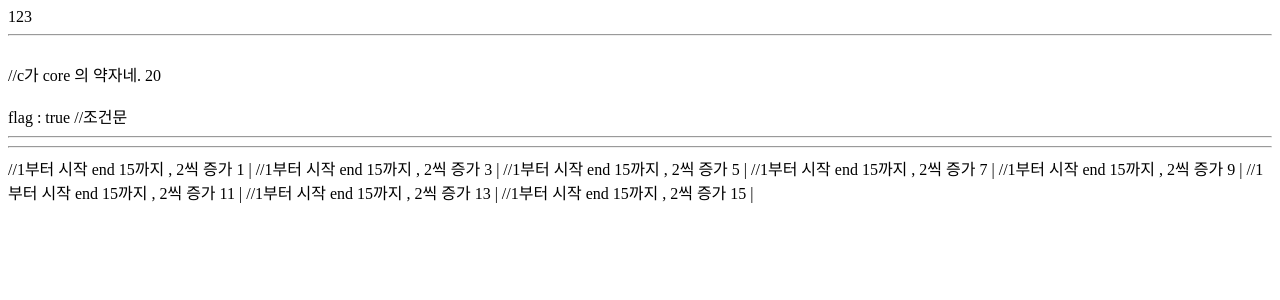
Repository: GotChun/DH_JSP
Page: http://localhost/01_JSP/C08/02JSTL/01.jsp
The author's editor kept a copy of each file at every save. The page is drawn from the files as they stood at one save, then again after the next save.
The browser window is 1280 px wide. The pictures show the whole page.
The page is served by Tomcat 9.

Above is the page before, as saved 2024-10-24 01:20:31.

After the next save:
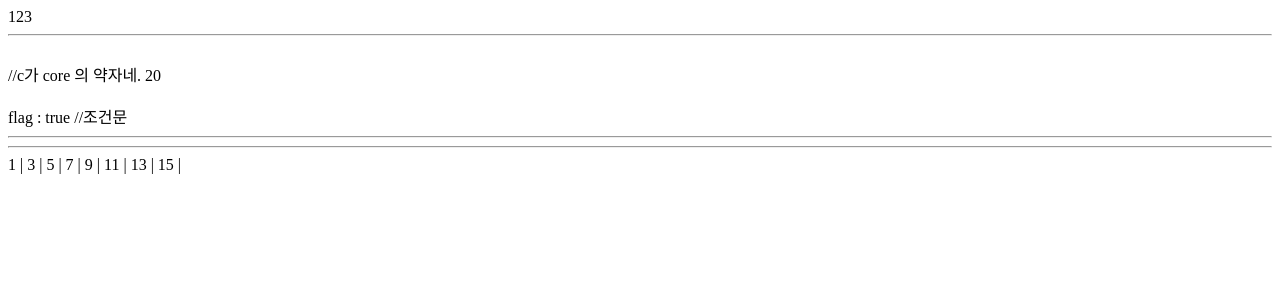
Saved 13 s later.
--- a/01_JSP/src/main/webapp/C08/02JSTL/01.jsp
+++ b/01_JSP/src/main/webapp/C08/02JSTL/01.jsp
@@ -52,7 +52,7 @@
 	<hr>
 	<!-- foreach -->
 	<c:set var="end" value="15"/>
-	<c:forEach var="i" begin="1" end="${end }" step="2">  //1부터 시작 end 15까지 , 2씩 증가
+	<c:forEach var="i" begin="1" end="${end }" step="2"> <!--  //1부터 시작 end 15까지 , 2씩 증가 -->
 		<c:out value="${i }"/> |
 	</c:forEach>
 
